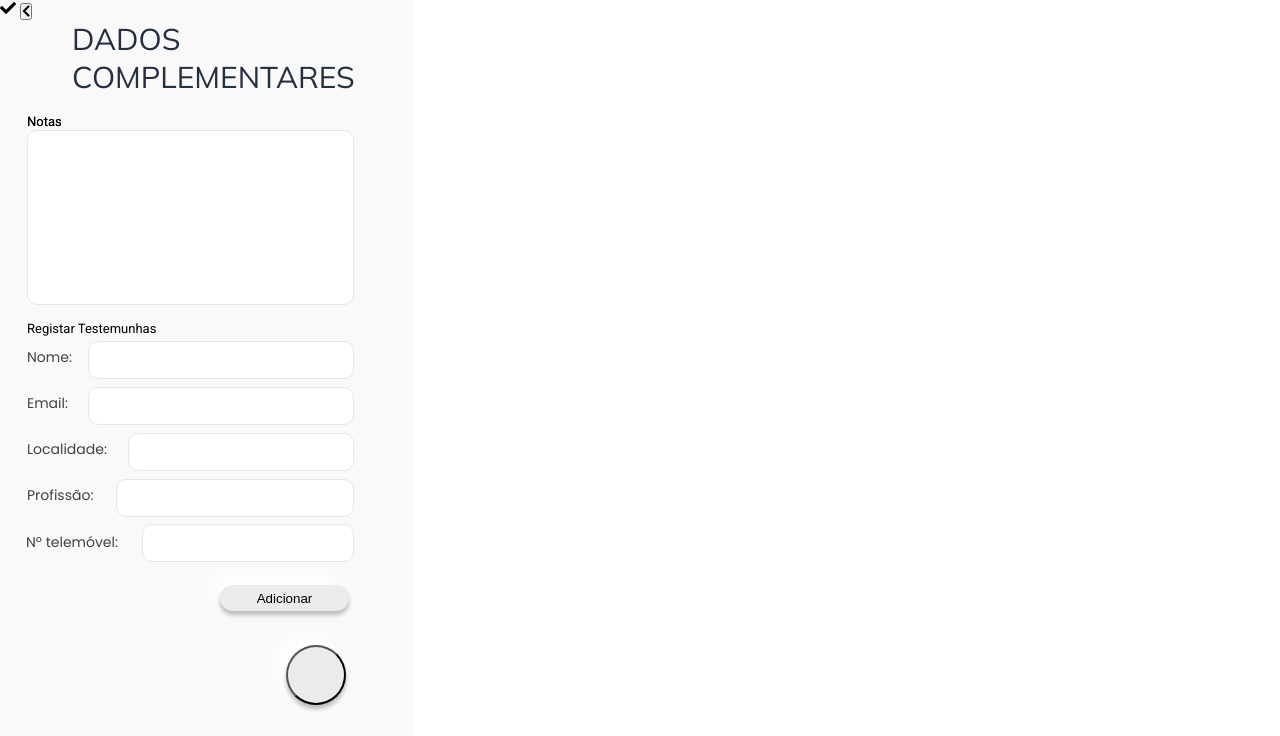
Repository: UnivMinho/D12_frontend
Page: Responsável no Terreno/Front-Office/DadosComplementares.html
The author's editor kept a record of every edit. The page is drawn from the files as they stood at one moment, then again after the next edit.
The browser window is 1280 px wide. The pictures show the whole page.
Some web libraries are served in a nearby version.

Above is the page before.

### Responsável no Terreno/Front-Office/DadosComplementares.html
<!DOCTYPE html>
<html>

<head>
    <meta charset="utf-8">
    <meta name="viewport" content="width=device-width, initial-scale=1, maximum-scale=1, user-scalable=no">
    <link href="https://fonts.googleapis.com/css?family=Mulish&display=swap" rel="stylesheet" />
    <link href="https://fonts.googleapis.com/css?family=Poppins&display=swap" rel="stylesheet" />
    <link href="https://fonts.googleapis.com/css?family=Roboto&display=swap" rel="stylesheet" />
    <link href="./DadosComplementares.css" rel="stylesheet" />
    <link rel="stylesheet" href="https://pro.fontawesome.com/releases/v5.10.0/css/all.css" integrity="sha384-AYmEC3Yw5cVb3ZcuHtOA93w35dYTsvhLPVnYs9eStHfGJvOvKxVfELGroGkvsg+p" crossorigin="anonymous"/>

    <title>DadosComplementares</title>

</head>

<body>
    <div class="screen">
        <span class="textoNotas">Notas</span>
        <input id="inputNotas"  class="inputNotas"></input>
        <span class="DadosComplementares">DADOS COMPLEMENTARES</span>
        <button class="botaoAdicionar">Adicionar</button>
        <span class="textoNotas">Notas</span>
        <span class="textoRegistarTestemunhas">Registar Testemunhas</span>
        <span class="textoNome">Nome:</span>
        <input id="inputNome" class="inputNome"></input>
        <span class="textoEmail">Email:</span>
        <input id="inputEmail" class="inputEmail"></input>
        <span class="textoLocalidade">Localidade:</span>
        <input id="inputLocalidade" class="inputLocalidade"></input>
        <span class="textoProfissao">Profissão:</span>
        <input id="inputProfissao" class="inputProfissao"></input>
        <span class="textoTelemovel">Nº telemóvel:</span>
        <input id="inputTelemovel" class="inputTelemovel"></input>
        <button id="botaoCheck" class="botaoCheck"></button>
        <i id="iconCheck" class="fas fa-check"></i>

        <button id="buttonbackDadosComplementares" class="fas fa-chevron-left" onclick="goBack()"></button>
    </div>
    <script type="text/javascript" src="DadosComplementares.js"></script>
</body>

</html>

### Responsável no Terreno/Front-Office/DadosComplementares.css
* {
    overflow-x: hidden;
    padding: 0px !important;
    margin: 0px !important;
}

.screen {
    width: 414px;
    height: 736px;
    background: rgba(250, 249, 249, 1);
    opacity: 1;
    position: absolute;
    top: 0px;
    left: 0px;
    overflow: hidden;
}

.DadosComplementares {
    width: 316px;
    color: rgba(36, 47, 65, 1);
    position: absolute;
    top: 20px;
    left: 72px;
    font-family: Mulish;
    font-weight: Light;
    font-size: 30px;
    opacity: 1;
    text-align: left;
}

.inputNotas {
    width: 325px;
    height: 173px;
    background: rgba(255, 255, 255, 1);
    opacity: 1;
    position: absolute;
    top: 130px;
    left: 27px;
    border: 1px solid rgba(229, 229, 234, 1);
    border-top-left-radius: 10px;
    border-top-right-radius: 10px;
    border-bottom-left-radius: 10px;
    border-bottom-right-radius: 10px;
    overflow: hidden;
}


.botaoAdicionar {
    position: absolute;
    width: 129px;
    height: 26px;
    left: 220px;
    top: 585px;
    background: #EBEBEB;
    border: none;
    box-shadow: 0px 4px 4px rgba(0, 0, 0, 0.25), -10px -10px 20px #FFFFFF;
    border-radius: 32px;
}

.textoAdicionar {
    width: 106px;
    color: rgba(90, 93, 89, 1);
    position: absolute;
    top: 2px;
    left: 14px;
    font-family: Poppins;
    font-weight: Medium;
    font-size: 14px;
    opacity: 1;
    text-align: center;
}

.textoNotas {
    width: 45px;
    color: rgba(0, 0, 0, 1);
    position: absolute;
    top: 114px;
    left: 27px;
    font-family: Roboto;
    font-weight: Black;
    font-size: 13px;
    opacity: 1;
    text-align: left;
}

.textoRegistarTestemunhas {
       width: 169px;
    color: rgba(0, 0, 0, 1);
    position: absolute;
    top: 321px;
    left: 27px;
    font-family: Roboto;
    font-weight: Black;
    font-size: 13px;
    opacity: 1;
    text-align: left;

}

.textoEscreva {
     width: 295px;
    color: rgba(150, 147, 147, 1);
    position: absolute;
    top: 142px;
    left: 42px;
    font-family: Roboto;
    font-weight: Regular;
    font-size: 11px;
    opacity: 1;
    text-align: left;
}

.textoNome {
    width: 49px;
    color: rgba(65, 65, 69, 1);
    position: absolute;
    top: 347px;
    left: 27px;
    font-family: Poppins;
    font-weight: Medium;
    font-size: 14px;
    opacity: 1;
    text-align: left;
}

.inputNome {
    width: 264px;
    height: 36px;
    background: rgba(255, 255, 255, 1);
    opacity: 1;
    position: absolute;
    top: 341px;
    left: 88px;
    border: 1px solid rgba(229, 229, 234, 1);
    border-top-left-radius: 10px;
    border-top-right-radius: 10px;
    border-bottom-left-radius: 10px;
    border-bottom-right-radius: 10px;
    overflow: hidden;
}

.textoEmail {
    width: 46px;
    color: rgba(65, 65, 69, 1);
    position: absolute;
    top: 393px;
    left: 27px;
    font-family: Poppins;
    font-weight: Medium;
    font-size: 14px;
    opacity: 1;
    text-align: left;
}

.inputEmail {
    width: 264px;
    height: 36px;
    background: rgba(255, 255, 255, 1);
    opacity: 1;
    position: absolute;
    top: 387px;
    left: 88px;
    border: 1px solid rgba(229, 229, 234, 1);
    border-top-left-radius: 10px;
    border-top-right-radius: 10px;
    border-bottom-left-radius: 10px;
    border-bottom-right-radius: 10px;
    overflow: hidden;
}

.textoLocalidade {
    width: 89px;
    color: rgba(65, 65, 69, 1);
    position: absolute;
    top: 439px;
    left: 27px;
    font-family: Poppins;
    font-weight: Medium;
    font-size: 14px;
    opacity: 1;
    text-align: left;
}

.inputLocalidade {
    width: 224px;
    height: 36px;
    background: rgba(255, 255, 255, 1);
    opacity: 1;
    position: absolute;
    top: 433px;
    left: 128px;
    border: 1px solid rgba(229, 229, 234, 1);
    border-top-left-radius: 10px;
    border-top-right-radius: 10px;
    border-bottom-left-radius: 10px;
    border-bottom-right-radius: 10px;
    overflow: hidden;
}

.textoProfissao {
    width: 75px;
    color: rgba(65, 65, 69, 1);
    position: absolute;
    top: 485px;
    left: 27px;
    font-family: Poppins;
    font-weight: Medium;
    font-size: 14px;
    opacity: 1;
    text-align: left;
}

.textoTelemovel {
    width: 103px;
    color: rgba(65, 65, 69, 1);
    position: absolute;
    top: 532px;
    left: 26px;
    font-family: Poppins;
    font-weight: Medium;
    font-size: 14px;
    opacity: 1;
    text-align: left;
}

.inputProfissao {
    width: 236px;
    height: 36px;
    background: rgba(255, 255, 255, 1);
    opacity: 1;
    position: absolute;
    top: 479px;
    left: 116px;
    border: 1px solid rgba(229, 229, 234, 1);
    border-top-left-radius: 10px;
    border-top-right-radius: 10px;
    border-bottom-left-radius: 10px;
    border-bottom-right-radius: 10px;
    overflow: hidden;
}

.inputTelemovel {
    width: 210px;
    height: 36px;
    background: rgba(255, 255, 255, 1);
    opacity: 1;
    position: absolute;
    top: 524px;
    left: 142px;
    border: 1px solid rgba(229, 229, 234, 1);
    border-top-left-radius: 10px;
    border-top-right-radius: 10px;
    border-bottom-left-radius: 10px;
    border-bottom-right-radius: 10px;
    overflow: hidden;
}

.botaoCheck {
    position: absolute;
width: 60px;
height: 60px;
left: 286px;
top: 645px;

background: #EBEBEB;
box-shadow: 0px 4px 4px rgba(0, 0, 0, 0.25), -10px -10px 20px #FFFFFF;
border-radius: 32px;
}

### Responsável no Terreno/Front-Office/DadosComplementares.js
const variavel = document.getElementById("buttonbackDadosComplementares");
variavel.onclick = goBack;

function goBack() { //voltar para a página anterior
    window.history.back()
}

After the next edit:
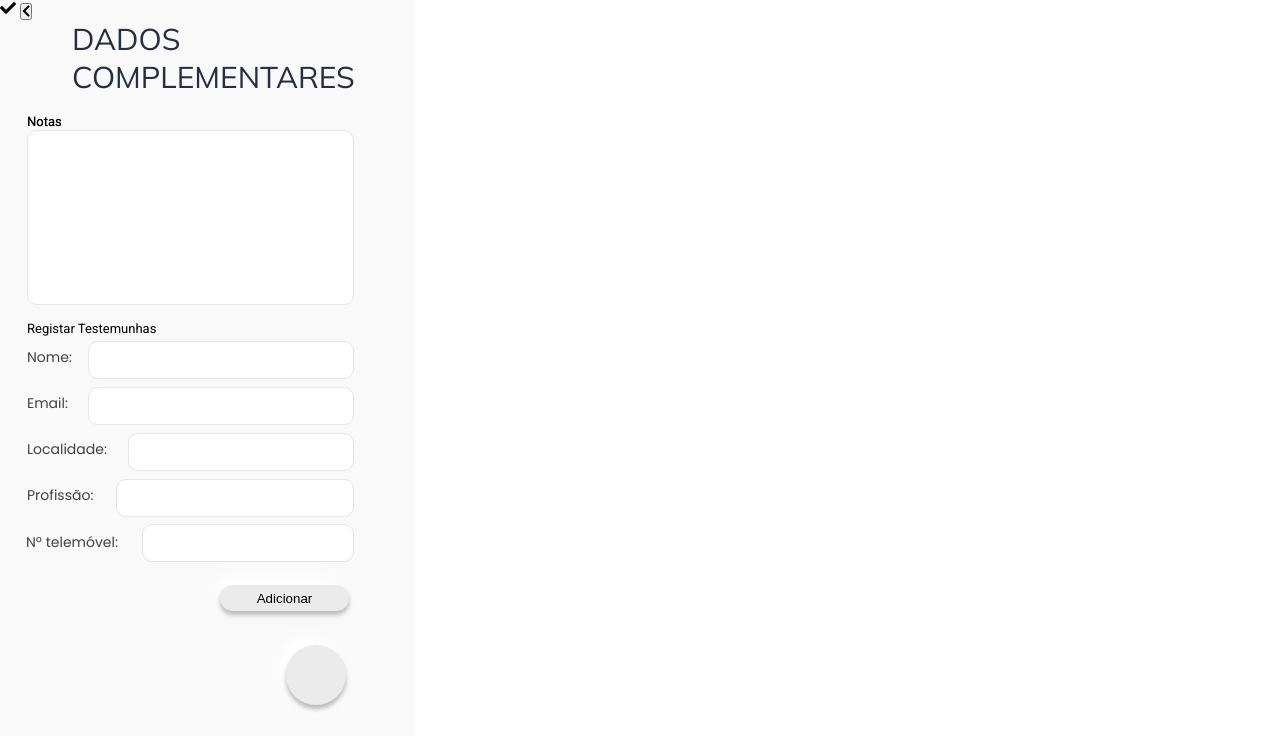
The edit:
--- a/Responsável no Terreno/Front-Office/DadosComplementares.css
+++ b/Responsável no Terreno/Front-Office/DadosComplementares.css
@@ -257,12 +257,12 @@
 
 .botaoCheck {
     position: absolute;
-width: 60px;
-height: 60px;
-left: 286px;
-top: 645px;
-
-background: #EBEBEB;
-box-shadow: 0px 4px 4px rgba(0, 0, 0, 0.25), -10px -10px 20px #FFFFFF;
-border-radius: 32px;
-}
+    width: 60px;
+    height: 60px;
+    left: 286px;
+    top: 645px;
+    background: #EBEBEB;
+    border: none;
+    box-shadow: 0px 4px 4px rgba(0, 0, 0, 0.25), -10px -10px 20px #FFFFFF;
+    border-radius: 32px;
+}
